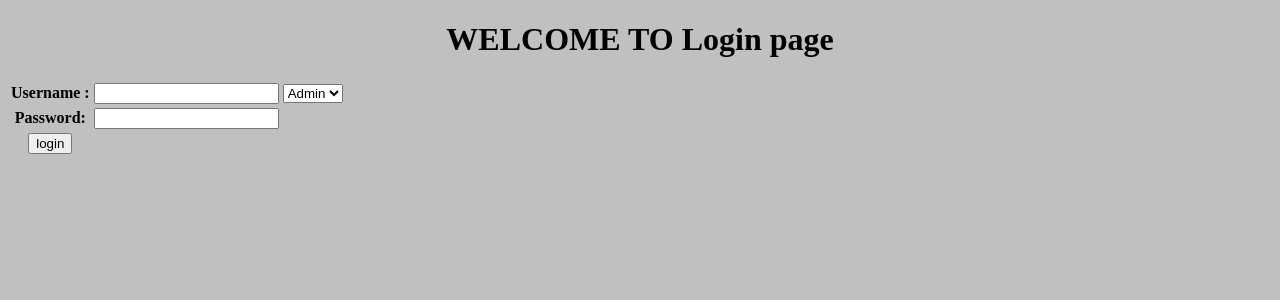
Repository: talkgunish/JAVA-WORLD
Page: advance_java/my_eclipse_java_proj/cookie_session/Filter/WebContent/login.html
The author's editor kept a copy of each file at every save. The page is drawn from the files as they stood at one save, then again after the next save.
The browser window is 1280 px wide. The pictures show the whole page.

Above is the page before, as saved 2018-06-21 09:08:36.

### advance_java/my_eclipse_java_proj/cookie_session/Filter/WebContent/login.html
<!DOCTYPE html>
<html>
<head>
<meta charset="ISO-8859-1">
<title>Insert title here</title>
</head>
<body bgcolor='silver' align='center'>
<form action='login' method='post'>

<h1>WELCOME TO Login page</h1>
<table>
<tr><th>Username :</th>
<td> <input type="text" name="username"></td>
<td><select>
<option>Admin</option>
<option>User</option>
</select></tr>
<tr><th>Password: </th>
<td><input type="password" name='password'></td></tr>
<tr><td><input type="submit" value="login"></td></tr>
</table>
</form>

</body>
</html>

After the next save:
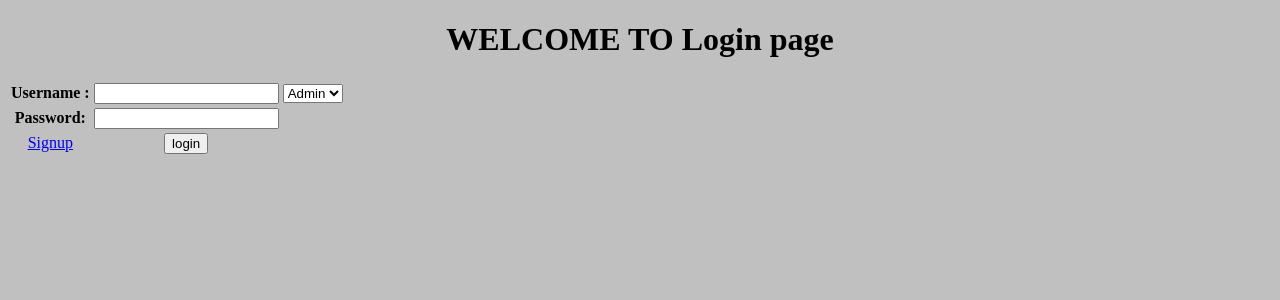
Saved 55 s later.
--- a/advance_java/my_eclipse_java_proj/cookie_session/Filter/WebContent/login.html
+++ b/advance_java/my_eclipse_java_proj/cookie_session/Filter/WebContent/login.html
@@ -17,7 +17,8 @@
 </select></tr>
 <tr><th>Password: </th>
 <td><input type="password" name='password'></td></tr>
-<tr><td><input type="submit" value="login"></td></tr>
+<tr><td><a href="signup.html">Signup</a></td>
+<td><input type="submit" value="login"></td></tr>
 </table>
 </form>
 
